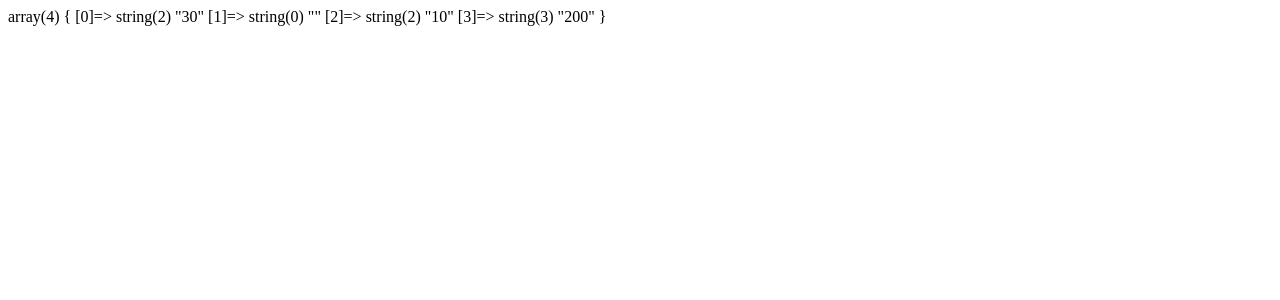
Repository: sabbircse3/php1
Page: http://localhost/Calculator.php
An editor plug-in stored every save of this project. The page is shown before and after a run of saves, followed by the edit.
The browser window is 1280 px wide. The pictures show the whole page.
The page is run by PHP 8.4 with error messages shown; the project is at /var/www/html/.

Above is the page before, as saved 2021-06-03 01:43:19.

After the next 10 saves:
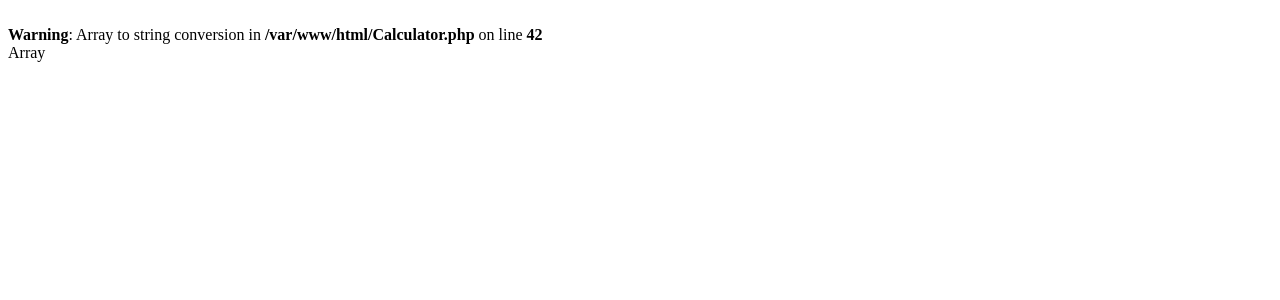
The 10 saves are shown as one change because they came seconds apart.
The last was saved 19 s later.
--- a/exerciseFunction/Calculator.php
+++ b/exerciseFunction/Calculator.php
@@ -39,7 +39,7 @@ class Calculator
 $obj = new Calculator();
 $sum = $obj->sum(10, 20);
 $explode = explode('-',$sum);
-var_dump($explode);
+echo $explode;
 
 
 
